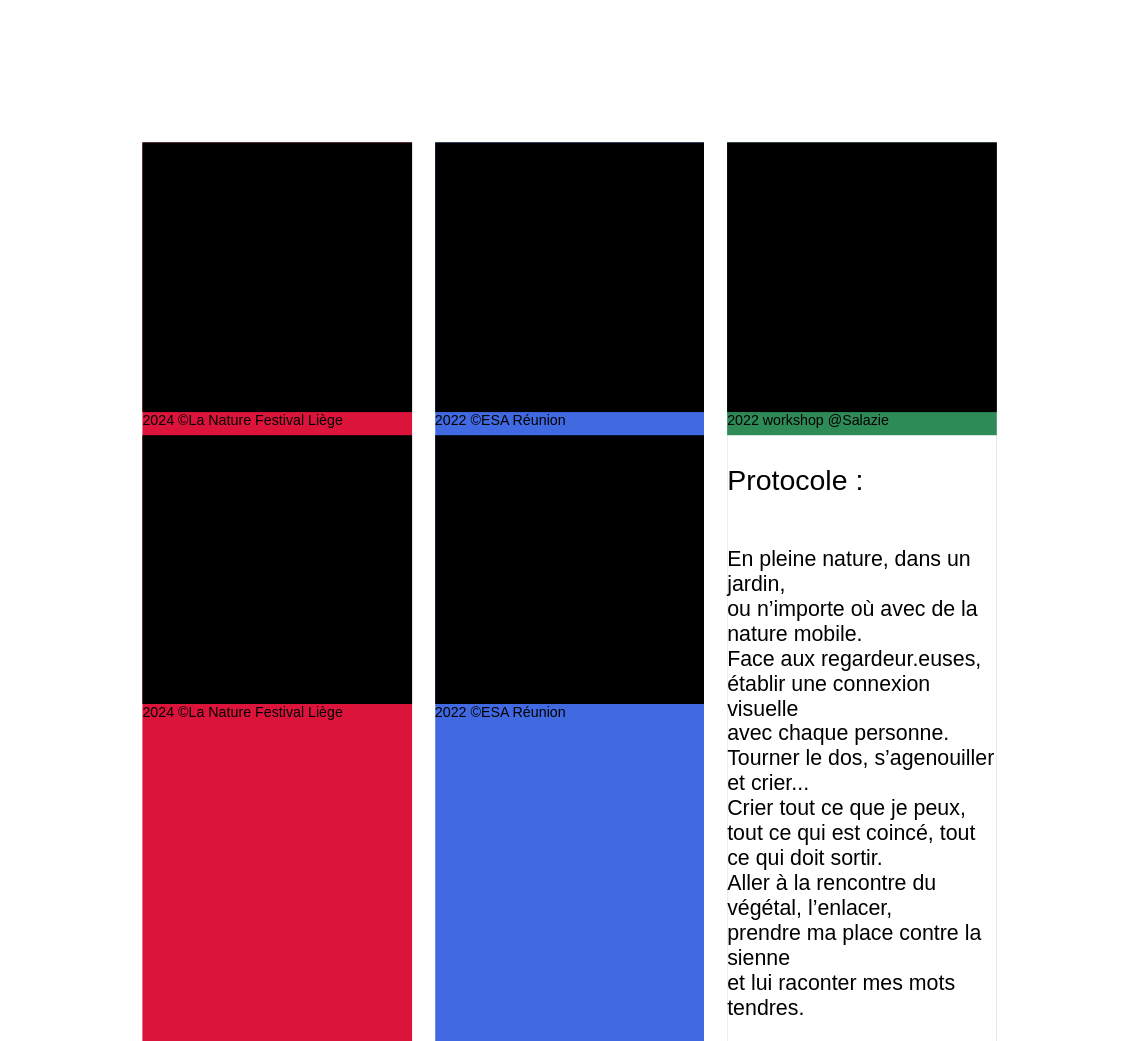
Repository: brunrhb/oce-p
Page: index.html
These files come from the project's save history. The page is drawn as it stood at one moment and after the next save; the edit follows.
The browser window is 1280 px wide. The pictures show the whole page, at 89% of full size.

Above is the page before, as saved 2025-06-04 17:28:09.

### index.html
<!DOCTYPE html>
<html lang="fr">
<head>
  <meta charset="UTF-8">
  <meta name="viewport" content="width=device-width, initial-scale=1.0">
  <title>Grid 3 colonnes avec placeholders</title>
  <link rel="stylesheet" href="styles.css">
  <script defer src="content.js"></script>
</head>
<body>

  <div class="grid-p1s1">

<div class="col-p1s1-1">
  <div class="media-block">
    <div class="placeholder-p1s1"></div>
    <p class="credit" data-content="p1s1-credit1"></p>
  </div>

  <div class="media-block">
    <div class="placeholder-p1s1"></div>
    <p class="credit" data-content="p1s1-credit2"></p>
  </div>
</div>

    <div class="col-p1s1-2">
      <div class="media-block">
        <div class="placeholder-p1s1"></div>
        <p class="credit" data-content="p1s1-credit3"></p>
      </div>
      <div class="media-block">
        <div class="placeholder-p1s1"></div>
        <p class="credit" data-content="p1s1-credit4"></p>
      </div>
    </div>

    <div class="col-p1s1-3">
      <div class="media-block">
        <div class="placeholder-p1s1"></div>
        <p class="credit" data-content="p1s1-credit5"></p>
      </div>
     <div class="text-block-p1s1">
       <p class="protocole-titre" data-content="p1s1-protocole-titre"></p>
       <p class="protocole-corps" data-content="p1s1-protocole-corps"></p>
    </div>

  </div>

</body>
</html>

### styles.css
body {
  margin: 0;
  font-family: sans-serif;
}

/* #region PROJET1 LIASONS VEGETALES*/

/* 1 grille et colonnes */

.grid-p1s1 {
  display: grid;
  grid-template-columns: 1fr 1fr 1fr;
  height: calc(100vh - 10rem);
  padding: 10rem;
  column-gap: 2vw;
}

.col-p1s1-1 {
  display: flex;
  flex-direction: column;
  justify-content: flex-start;
  gap: 2vw;


  background-color: crimson;
}

.col-p1s1-2 {
  display: flex;
  flex-direction: column;
  justify-content: flex-start;
  gap: 2vw;

  background-color: royalblue;
}

.col-p1s1-3 {
  display: flex;
  flex-direction: column;
  justify-content: flex-start;
  gap: 2vw;

  background-color: seagreen;
}


/* 2 blocks et elements */

.media-block {
  display: block;
  width: 100%;
}

.placeholder-p1s1 {
  aspect-ratio: 1 / 1;
  width: 100%;
  background-color: black;
}

.credit {
  position: absolute;
  font-size: 1rem;
  line-height: 1.2;
  margin: 0;

}

.text-block-p1s1 {
  width: 100%;
  aspect-ratio: 1 / 1;
  background-color: white;
  display: flex;
  flex-direction: column;
  justify-content: flex-end;

}

.protocole-titre {
  font-size: 2rem;
}

.protocole-corps {
  font-size: 1.5rem;
}

/* #endregion */

### content.js
const content = {};

// #region p1s1
content["p1s1-credit1"] = "2024 ©La Nature Festival Liège";
content["p1s1-credit2"] = "2024 ©La Nature Festival Liège";
content["p1s1-credit3"] = "2022 ©ESA Réunion";
content["p1s1-credit4"] = "2022 ©ESA Réunion";
content["p1s1-credit5"] = "2022 workshop @Salazie";

content["p1s1-protocole-titre"] = "Protocole :";
content["p1s1-protocole-corps"] = `
  En pleine nature, dans un jardin,<br>
  ou n’importe où avec de la nature mobile.<br>
  Face aux regardeur.euses,<br>
  établir une connexion visuelle<br>
  avec chaque personne.<br>
  Tourner le dos, s’agenouiller et crier...<br>
  Crier tout ce que je peux,<br>
  tout ce qui est coincé, tout ce qui doit sortir.<br>
  Aller à la rencontre du végétal, l’enlacer,<br>
  prendre ma place contre la sienne<br>
  et lui raconter mes mots tendres.
`;
// #endregion

// #region injection
window.addEventListener("DOMContentLoaded", () => {
  Object.entries(content).forEach(([key, value]) => {
    const el = document.querySelector(`[data-content="${key}"]`);
    if (el) el.innerHTML = value;
  });
});
// #endregion

After the next save:
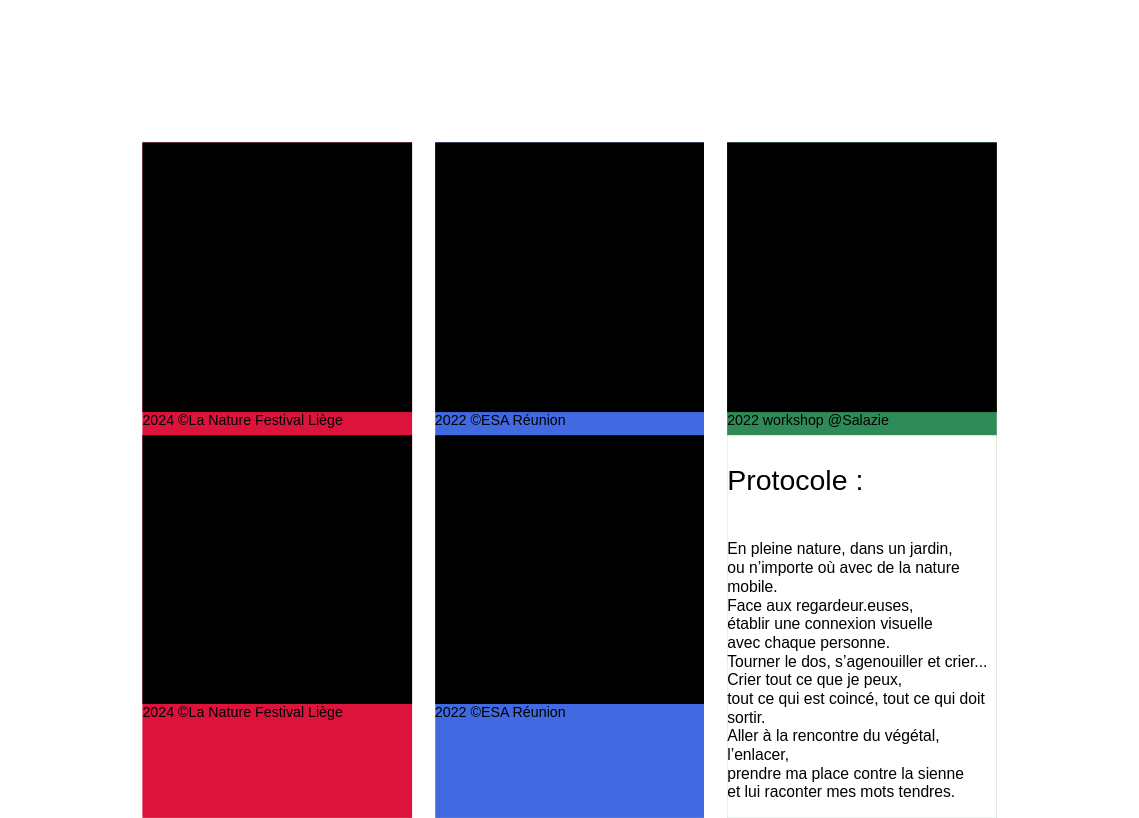
Saved 21 s later.
--- a/styles.css
+++ b/styles.css
@@ -80,7 +80,7 @@ body {
 }
 
 .protocole-corps {
-  font-size: 1.5rem;
+  font-size: 1.1rem;
 }
 
 /* #endregion */
